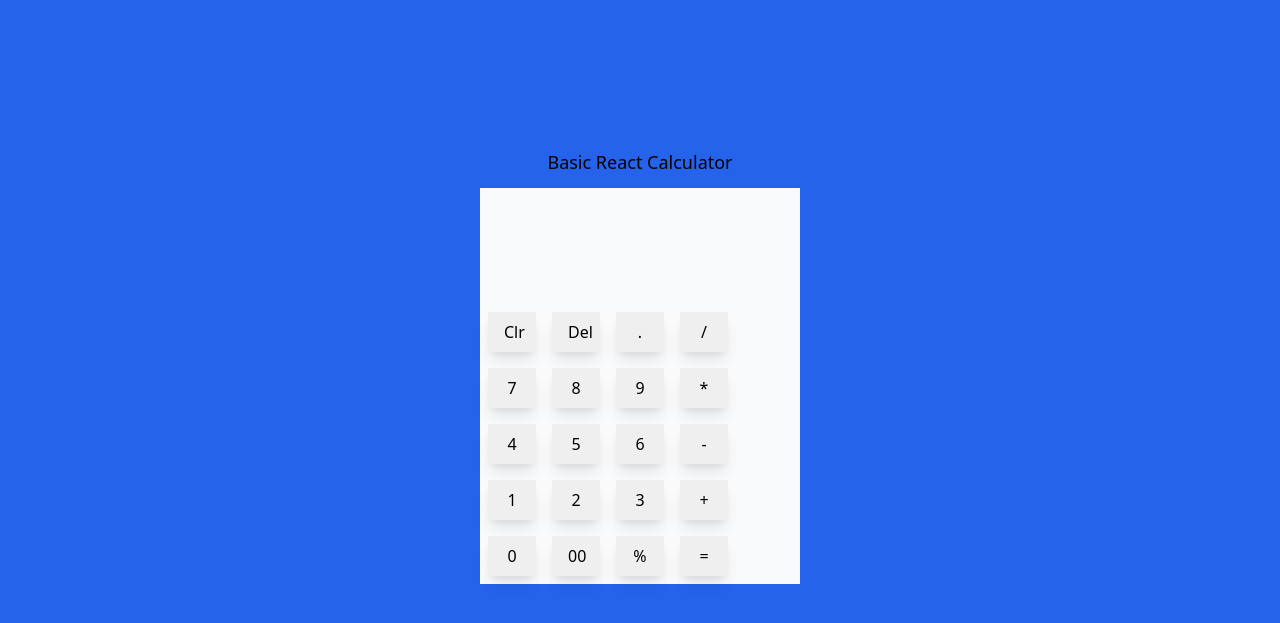
Repository: latenightsnacc/React-Calculator
Page: / (app in docs/react-calculator/)
The author's editor kept a copy of each file at every save. The page is drawn from the files as they stood at one save, then again after the next save.
The browser window is 1280 px wide. The pictures show the whole page.
The project was rebuilt for these pictures with package versions that can differ from the ones it lists, and the page was loaded fresh each time. Also part of the build but not shown: docs/react-calculator/craco.config.js.

Above is the page before, as saved 2021-11-11 16:00:15.

After the next save:
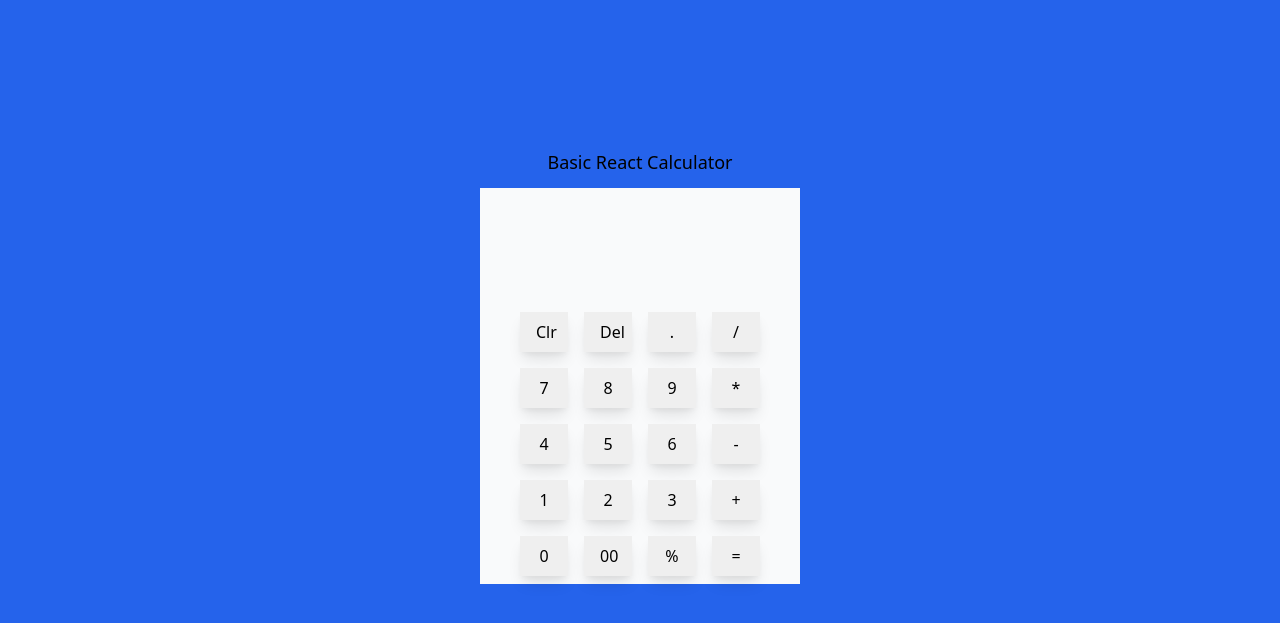
Saved 19 s later.
--- a/docs/react-calculator/src/components/Calculator.js
+++ b/docs/react-calculator/src/components/Calculator.js
@@ -8,7 +8,7 @@ class Calculator extends Component {
         return (
             <div className="bg-blue-600 w-full h-screen flex flex-col justify-center items-center">
                 <CalculatorTitle value="Basic React Calculator" />
-                <div className="w-full md:w-80 bg-gray-50">
+                <div className="w-full flex flex-col justify-center items-center md:w-80 bg-gray-50">
                     <CalculatorScreen />
                     <div className="button-row">
                         <Button label={'Clr'} />
